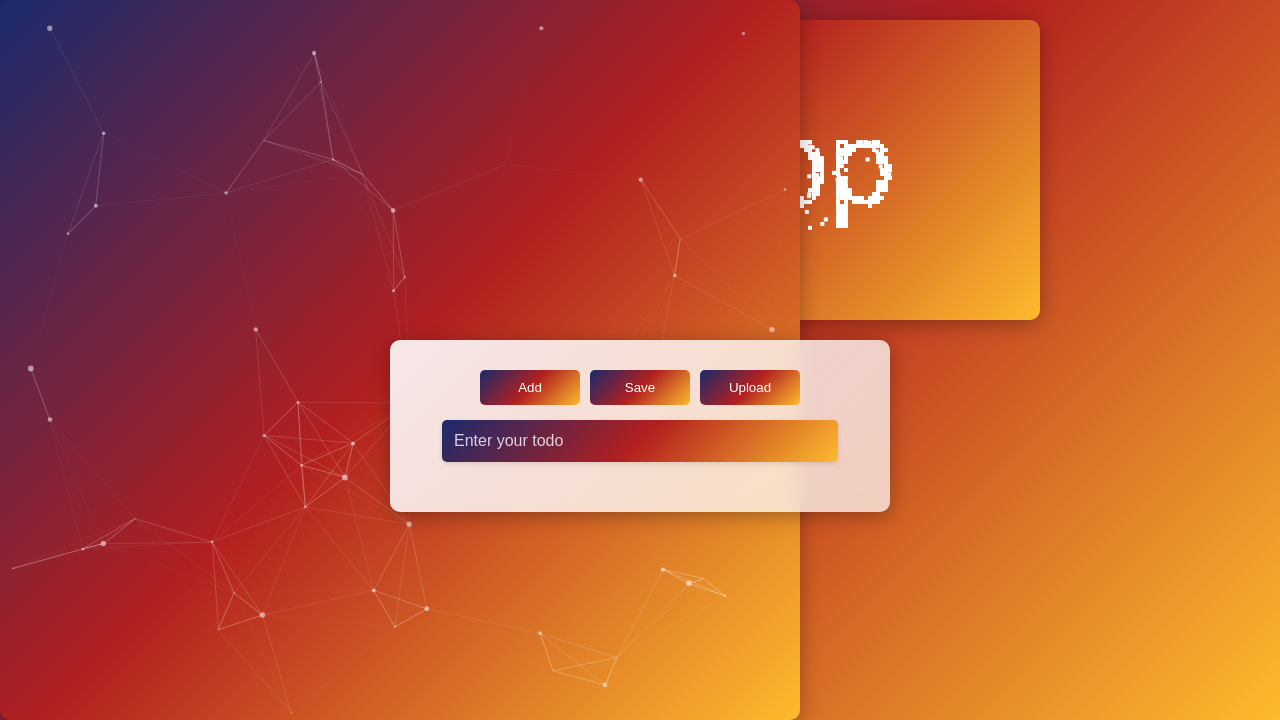
Repository: Teycir/todo-app
Page: index.html
These files come from the project's save history. The page is drawn as it stood at one moment and after the next save; the edit follows.
The browser window is 1280 px wide. The pictures show the whole page.

Above is the page before, as saved 2024-11-07 19:27:18.
Console error: ReferenceError: initTitleAnimation is not defined

After the next save:
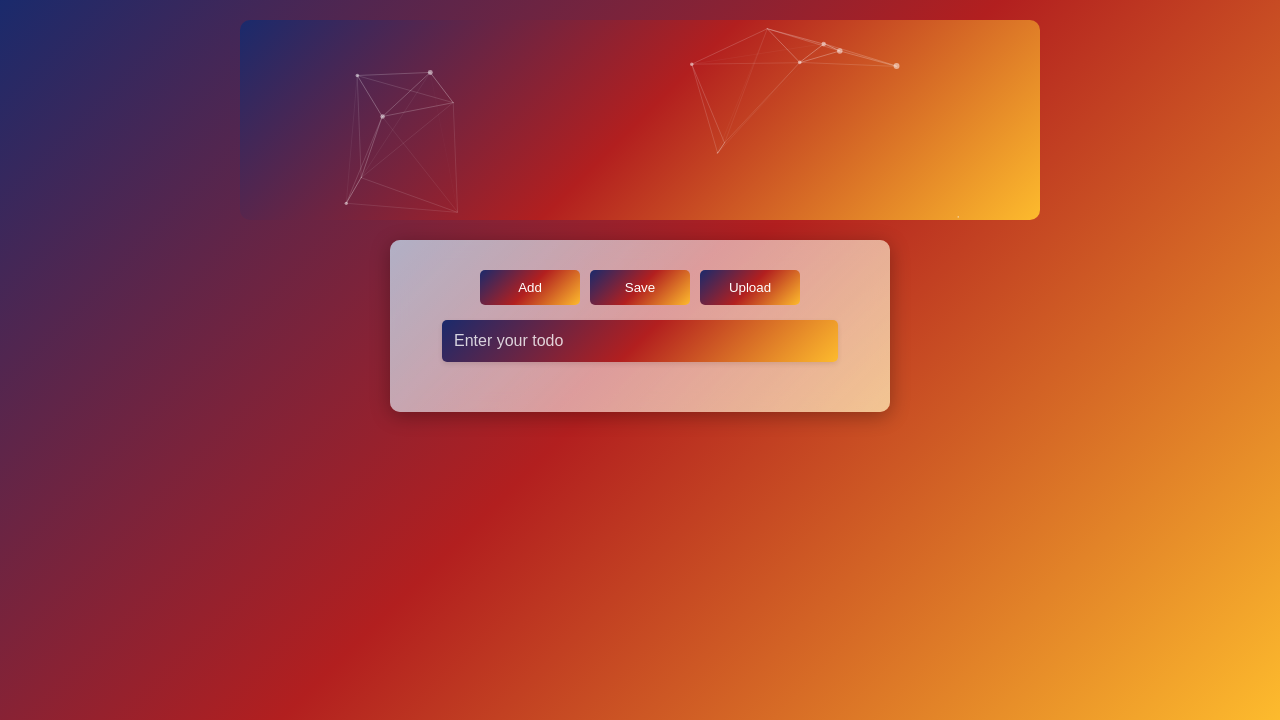
Console error: TypeError: Cannot read properties of null (reading 'getContext')
Saved 8 min 30 s later.
--- a/index.html
+++ b/index.html
@@ -19,26 +19,27 @@
             flex-direction: column;
             align-items: center;
             padding: 20px;
+            gap: 20px;
+        }
+
+        .title-section {
+            width: 100%;
+            max-width: 800px;
+            height: 200px;
+            position: relative;
+            z-index: 2;
         }
 
         #particles-js {
-            position: fixed;
+            position: absolute;
             top: 0;
             left: 0;
             width: 100%;
             height: 100%;
             z-index: 1;
             pointer-events: none;
-        }
-
-        canvas {
             background: linear-gradient(135deg, #1a2a6c, #b21f1f, #fdbb2d);
-            width: 100%;
-            max-width: 800px;
-            height: 300px;
-            margin-bottom: 20px;
             border-radius: 10px;
-            box-shadow: 0 4px 20px rgba(0, 0, 0, 0.3);
         }
 
         input#textInput {
@@ -63,6 +64,20 @@
             width: 100%;
             max-width: 500px;
             z-index: 2;
+            position: relative;
+            overflow: hidden;
+        }
+
+        .container::before {
+            content: '';
+            position: absolute;
+            top: 0;
+            left: 0;
+            width: 100%;
+            height: 100%;
+            background: linear-gradient(135deg, #1a2a6c, #b21f1f, #fdbb2d);
+            opacity: 0.3;
+            z-index: -1;
         }
 
         .input-section {
@@ -159,9 +174,10 @@
     </style>
 </head>
 <body>
-    <div id="particles-js"></div>
-    <canvas id="canvas1"></canvas>
-    <input type="text" id="textInput" value="Todo App">
+    <div class="title-section">
+        <div id="particles-js"></div>
+        <input type="text" id="textInput" value="Todo App">
+    </div>
     <div class="container">
         <div class="input-section">
             <div class="button-group">

After the save that followed:
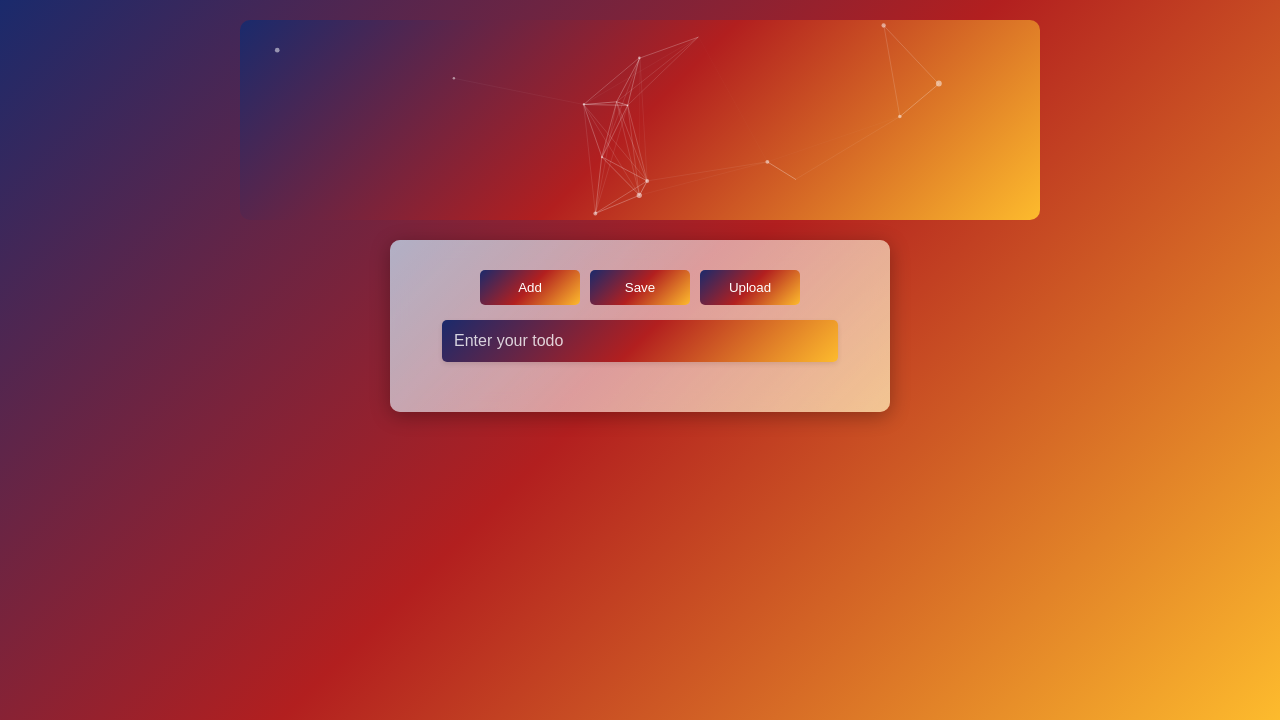
Console error: ReferenceError: initTitleAnimation is not defined
Saved 38 s later.
--- a/animation.js
+++ b/animation.js
@@ -1,143 +1,4 @@
 window.addEventListener('load', function(){
-    const canvas = document.getElementById('canvas1');
-    const ctx = canvas.getContext('2d', {
-        willReadFrequently: true
-    });
-    canvas.width = canvas.offsetWidth;
-    canvas.height = 300; // Taller canvas height
-
-    class Particle {
-        constructor(effect, x, y, color){
-            this.effect = effect;
-            this.x = Math.random() * this.effect.canvasWidth;
-            this.y = this.effect.canvasHeight;
-            this.color = color;
-            this.originX = x;
-            this.originY = y;
-            this.size = this.effect.gap;
-            this.dx = 0;
-            this.dy = 0;
-            this.vx = 0;
-            this.vy = 0;
-            this.force = 0;
-            this.angle = 0;
-            this.distance = 0;
-            this.friction = Math.random() * 0.6 + 0.15;
-            this.ease = Math.random() * 0.1 + 0.005;
-        }
-        draw(){
-            this.effect.context.fillStyle = this.color;
-            this.effect.context.fillRect(this.x, this.y, this.size, this.size);
-        }
-        update(){
-            this.dx = this.effect.mouse.x - this.x;
-            this.dy = this.effect.mouse.y - this.y;
-            this.distance = this.dx * this.dx + this.dy * this.dy;
-            this.force = -this.effect.mouse.radius / this.distance;
-
-            if (this.distance < this.effect.mouse.radius){
-                this.angle = Math.atan2(this.dy, this.dx);
-                this.vx += this.force * Math.cos(this.angle);
-                this.vy += this.force * Math.sin(this.angle);
-            }
-
-            this.x += (this.vx *= this.friction) + (this.originX - this.x) * this.ease;
-            this.y += (this.vy *= this.friction) + (this.originY - this.y) * this.ease;
-        }
-    }
-
-    class Effect {
-        constructor(context, canvasWidth, canvasHeight){
-            this.context = context;
-            this.canvasWidth = canvasWidth;
-            this.canvasHeight = canvasHeight;
-            this.textX = this.canvasWidth / 2;
-            this.textY = this.canvasHeight / 2;
-            this.fontSize = 120; // Larger font size
-            this.lineHeight = this.fontSize * 1.1;
-            this.maxTextWidth = this.canvasWidth * 0.8;
-            this.textInput = document.getElementById('textInput');
-
-            // particle text
-            this.particles = [];
-            this.gap = 4; // Adjusted gap for particle density
-            this.mouse = {
-                radius: 20000,
-                x: 0,
-                y: 0
-            }
-            window.addEventListener('mousemove', (e) => {
-                const rect = canvas.getBoundingClientRect();
-                this.mouse.x = e.x - rect.left;
-                this.mouse.y = e.y - rect.top;
-            });
-        }
-        wrapText(text){
-            // canvas settings
-            const gradient = this.context.createLinearGradient(0, 0, this.canvasWidth, this.canvasHeight);
-            gradient.addColorStop(0.3, 'white');
-            gradient.addColorStop(0.5, 'rgba(255, 255, 255, 0.8)');
-            gradient.addColorStop(0.7, 'white');
-            this.context.fillStyle = gradient;
-            this.context.textAlign = 'center';
-            this.context.textBaseline = 'middle';
-            this.context.lineWidth = 3;
-            this.context.font = this.fontSize + 'px Helvetica';
-
-            this.context.fillText(text, this.textX, this.textY);
-            this.convertToParticles();
-        }
-        convertToParticles(){
-            this.particles = [];
-            const pixels = this.context.getImageData(0, 0, this.canvasWidth, this.canvasHeight).data;
-            this.context.clearRect(0, 0, this.canvasWidth, this.canvasHeight);
-            for (let y = 0; y < this.canvasHeight; y += this.gap){
-                for (let x = 0; x < this.canvasWidth; x+= this.gap){
-                    const index = (y * this.canvasWidth + x) * 4;
-                    const alpha = pixels[index + 3];
-                    if (alpha > 0){
-                        const red = pixels[index];
-                        const green = pixels[index + 1];
-                        const blue = pixels[index + 2];
-                        const color = 'rgb(' + red + ',' + green + ',' + blue + ')';
-                        this.particles.push(new Particle(this, x, y, color));
-                    }
-                }
-            }
-        }
-        render(){
-            this.particles.forEach(particle => {
-                particle.update();
-                particle.draw();
-            });
-        }
-        resize(width, height){
-            this.canvasWidth = width;
-            this.canvasHeight = height;
-            this.textX = this.canvasWidth / 2;
-            this.textY = this.canvasHeight / 2;
-            this.maxTextWidth = this.canvasWidth * 0.8;
-        }
-    }
-
-    const effect = new Effect(ctx, canvas.width, canvas.height);
-    effect.wrapText('Todo App');
-    effect.render();
-
-    function animate(){
-        ctx.clearRect(0, 0, canvas.width, canvas.height);
-        effect.render();
-        requestAnimationFrame(animate);
-    }
-    animate();
-
-    window.addEventListener('resize', function(){
-        canvas.width = canvas.offsetWidth;
-        canvas.height = 300;
-        effect.resize(canvas.width, canvas.height);
-        effect.wrapText('Todo App');
-    });
-
     // Initialize particles.js
     particlesJS('particles-js', {
         particles: {
